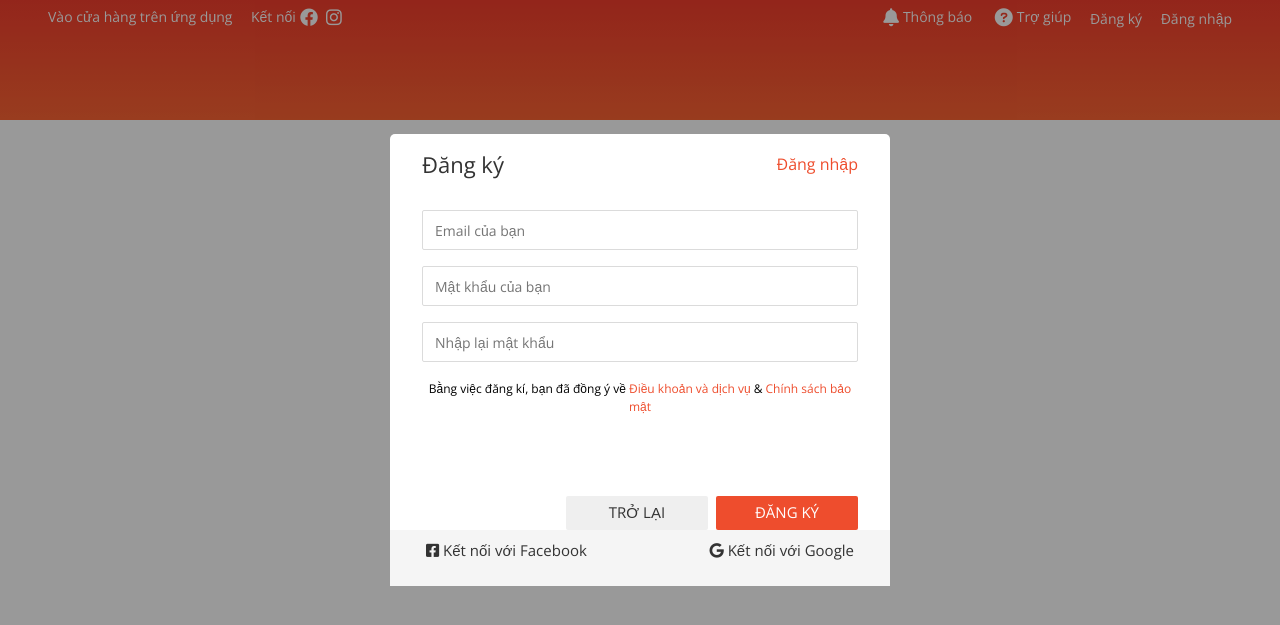
Repository: trongtamdev/Clone-Shopee-Page
Page: index.html
An editor plug-in stored every save of this project. The page is shown before and after the next save, followed by the edit.
The browser window is 1280 px wide. The pictures show the whole page.

Above is the page before, as saved 2022-07-08 22:03:23.

### index.html
<!DOCTYPE html>
<html lang="en">

<head>
    <meta charset="UTF-8">
    <meta http-equiv="X-UA-Compatible" content="IE=edge">
    <meta name="viewport" content="width=device-width, initial-scale=1.0">
    <title>Document</title>
    <link rel="stylesheet" href="https://cdnjs.cloudflare.com/ajax/libs/normalize/8.0.1/normalize.min.css">
    <link rel="stylesheet" href="assets/css/base.css">
    <link rel="stylesheet" href="assets/css/main.css">
    <link rel="stylesheet" href="assets/fonts/fontawesome-free-6.1.1/css/all.min.css">
    <link href="https://fonts.googleapis.com/css2?family=Open+Sans:wght@300;400;500;700&display=swap" rel="stylesheet">
</head>
    <div class="app">
        <header class="header">
            <div class="grid">
                <nav class="header__navbar">
                    <ul class="header__navbar-list">
                        <li class="header__navbar-item header__navbar-item--has-qr">
                            Vào cửa hàng trên ứng dụng
                            <div class="header__qr">
                                <img src="assets/img/qr_code.png" alt="QR code" class="header__qr-img">
                                <div class="header__qr-apps">
                                    <a href="" class="header__qr-link">
                                        <img src="assets/img/google_play.png" alt="Google play" class="header__qr-download-img">
                                    </a>
                                    <a href="" class="header__qr-link">
                                        <img src="assets/img/app_store.png" alt="App store" class="header__qr-download-img">
                                    </a>
                                </div>
                            </div>
                        </li>
                        <li class="header__navbar-item">
                            <span class="header__navbar-title--no-pointer">Kết nối</span>
                            <a href="" class="header__navbar-icon-link">
                                <i class="header__navbar-icon fa-brands fa-facebook"></i>
                            </a>
                            <a href="" class="header__navbar-icon-link">
                                <i class="header__navbar-icon fa-brands fa-instagram"></i>
                            </a>
                        </li>
                    </ul>

                    <ul class="header__navbar-list">
                        <li class="header__navbar-item">
                            <a href="" class="header__navbar-item-link">
                                <i class="header__navbar-icon fa-solid fa-bell"></i>
                                Thông báo</a>
                        </li>

                        <li class="header__navbar-item">
                            <a href="" class="header__navbar-item-link">
                                <i class="header__navbar-icon fa-solid fa-circle-question"></i>
                                Trợ giúp</a>
                        </li>

                        <li class="header__navbar-item header__navbar-item--strong">Đăng ký</li>
                        <li class="header__navbar-item header__navbar-item--strong">Đăng nhập</li>
                    </ul>
                </nav>
            </div>

        </header>

        <div class="container">

        </div>

        <footer class="footer">

        </footer>
    </div>
    <div class="modal">
        <div class="modal__overlay">

        </div>
        <div class="modal__body">

            <!-- Auth form -->
            <div class="auth-form">
                <div class="auth-form__container">
                    <div class="auth-form__header">
                        <h3 class="auth-form__heading">Đăng ký</h3>
                        <span class="auth-form__switch-btn">Đăng nhập</span>
                    </div>

                    <div class="auth-form__form">
                        <div class="auth-form__group">
                            <input type="text" class="auth-form__input" placeholder="Email của bạn">
                        </div>

                        <div class="auth-form__group">
                            <input type="password" class="auth-form__input" placeholder="Mật khẩu của bạn">
                        </div>

                        <div class="auth-form__group">
                            <input type="password" class="auth-form__input" placeholder="Nhập lại mật khẩu">
                        </div>
                    </div>

                    <div class="auth-form__aside">
                        <p class="auth-form__policy-text">
                            Bằng việc đăng kí, bạn đã đồng ý về
                            <a href="" class="auth-form__text-link">Điều khoản và dịch vụ</a> &
                            <a href="" class="auth-form__text-link">Chính sách bảo mật</a>
                        </p>
                    </div>

                    <div class="auth-form__controls">
                        <button class="btn auth-form__controls-back">TRỞ LẠI</button>
                        <button class="btn btn--primary">ĐĂNG KÝ</button>
                    </div>
                </div>

                <div class="auth-form__socials">
                    <a href="" class="btn btn--size-s btn--with-icon">
                        <i class="fa-brands fa-facebook-square"></i>
                        Kết nối với Facebook
                    </a>

                    <a href="" class="btn btn--size-s btn--with-icon">
                        <i class="fa-brands fa-google"></i>
                        Kết nối với Google
                    </a>
                </div>
            </div>
        </div>
    </div>
<body>

</body>

</html>

### assets/css/base.css
:root {
    --white-color :#fff;
    --back-color :#000;
    --text-color : #333;
    --primary-color: #EE4D2D;
    --border-color: #dbdbdb;
}

*{
    box-sizing: inherit;
}

html {
    font-size: 62.5%;
    line-height: 1.6rem;
    font-family: 'Open Sans', sans-serif;;
    box-sizing: border-box;
}

.grid {
    width: 1200px;
    max-width: 100%;
    margin: 0 auto;
}

.grid__full-width {
    width: 100%;
}

.grid__row {
    display: flex;
    flex-wrap: wrap
}

/* Animation */
@keyframes fadeIn {
    from {
        opacity: 0;
    }to {
        opacity: 1;
    }
}

/* Modal */

.modal {
    position: fixed;
    top: 0;
    right: 0;
    bottom: 0;
    left: 0;
    display: flex;
}

.modal__overlay {
    position: absolute;
    width: 100%;
    height: 100%;
    background-color: rgba(0, 0, 0, 0.4);
}

.modal__body {

    background-color: var(--white-color);
    margin: auto;
    position: relative;
    z-index: 1;
    border-radius: 5px;
}

/* Button Style */
.btn {
    min-width: 142px;
    height: 34px;
    text-decoration: none;
    border: none;
    border-radius: 2px;
    font-size: 1.5rem;
    padding: 0;
    outline: none;
    cursor: pointer;
    color: var(--text-color);
}

.btn:hover {
    background-color: rgba(0, 0, 0, 0.2);
}

.btn.btn--size-s {
    height: 32px;
}


.btn.btn--primary {
    color: var(--white-color);
    background-color: var(--primary-color);
}

.btn.btn--disabled {
    color: #949494;
    cursor: default;
    background-color: #c3c3c3;
}

### assets/css/main.css
.header {
    height: 120px;
    background-image: linear-gradient(0, #fe6433, #f53e2d);
}

.header__navbar {
    display: flex;
    justify-content: space-between;
}

.header__navbar-list {
    list-style: none;
    padding: 0;
    margin-top: 4px;
}

.header__navbar-item {
    margin: 0 8px;
    position: relative;
    min-height: 26px;
}

.header__navbar-item--has-qr:hover .header__qr {
    display: block;
}

.header__navbar-item,
.header__navbar-item-link{
    display: inline-block;
    font-size: 1.4rem;
    color :var(--white-color);
    text-decoration: none;
    font-weight: 300;
}

.header__navbar-item,
.header__navbar-item-link,
.header__navbar-icon-link {
    display: inline-flex;
    align-items: center;
}

.header__navbar-item:hover,
.header__navbar-item-link:hover,
.header__navbar-icon-link:hover{
    cursor: pointer;
    color: rgba(255, 255, 255, 0.7);
}

.header__navbar-item--strong {
    font-weight: 400;
}


.header__navbar-icon-link {
    color: var(--white-color);
    text-decoration: none;
}

.header__navbar-icon {
    font-size: 1.8rem;
    margin: 0 4px;
}

.header__navbar-title--no-pointer {
    color: var(--white-color);
    cursor: text;
}

/* Header QR code */

.header__qr {
    width: 186px;
    background-color: var(--white-color);
    position: absolute;
    left: 0;
    top: 118%;
    padding: 8px;
    border-radius: 2px;
    display: none;
    animation: fadeIn ease-in 0.5s;
}

.header__qr::before {
    position: absolute;
    left: 0;
    top: -16px;
    width: 100%;
    height: 20px;
    content: "";
    display: block;
}

.header__qr-img {
    width: 100%;
}

.header__qr-apps {
    display: flex;
}

.header__qr-link:nth-child(1) {
    margin-left: 11px;
}

.header__qr-link:nth-child(2) {
    margin-right: 11px;
}

.header__qr-download-img {
    height: 18px;
}


/* Authen Modal */

.auth-form {
    width: 500px;

}


.auth-form__container {
    padding: 0 32px;
}

.auth-form__header {
    display: flex;
    align-items: center;
    justify-content: space-between;
}

.auth-form__heading {
    font-size: 2.2rem;
    font-weight: 400;
    color: var(--text-color);
}

.auth-form__switch-btn {
    font-size: 1.6rem;
    font-weight: 400;
    color: var(--primary-color);
    cursor: pointer;
}

.auth-form__form {

}

.auth-form__input {
    width: 100%;
    height: 40px;
    margin-top: 16px;
    padding: 0 12px;
    font-size: 1.4rem;
    border: 1px solid var(--border-color);
    border-radius: 2px;
    outline: none;
}

.auth-form__input:focus {
    border-color: #777;
}

.auth-form__aside {
    margin-top: 18px;
}

.auth-form__policy-text {
    font-size: 1.2rem;
    line-height: 1.8rem;
    text-align: center;
    padding: 0 12pxs;
}

.auth-form__text-link {
    text-decoration: none;
    color: var(--primary-color);
}

.auth-form__controls {
    display: flex;
    justify-content: flex-end;
    margin-top: 80px;
}

.auth-form__controls-back {
    margin-right: 8px;
}

.auth-form__socials {
    background-color: #f5f5f5;
    padding: 12px 36px;
    display: flex;
    justify-content: space-between;
}

Loaded but not shown: assets/fonts/fontawesome-free-6.1.1/css/all.min.css (library)

After the next save:
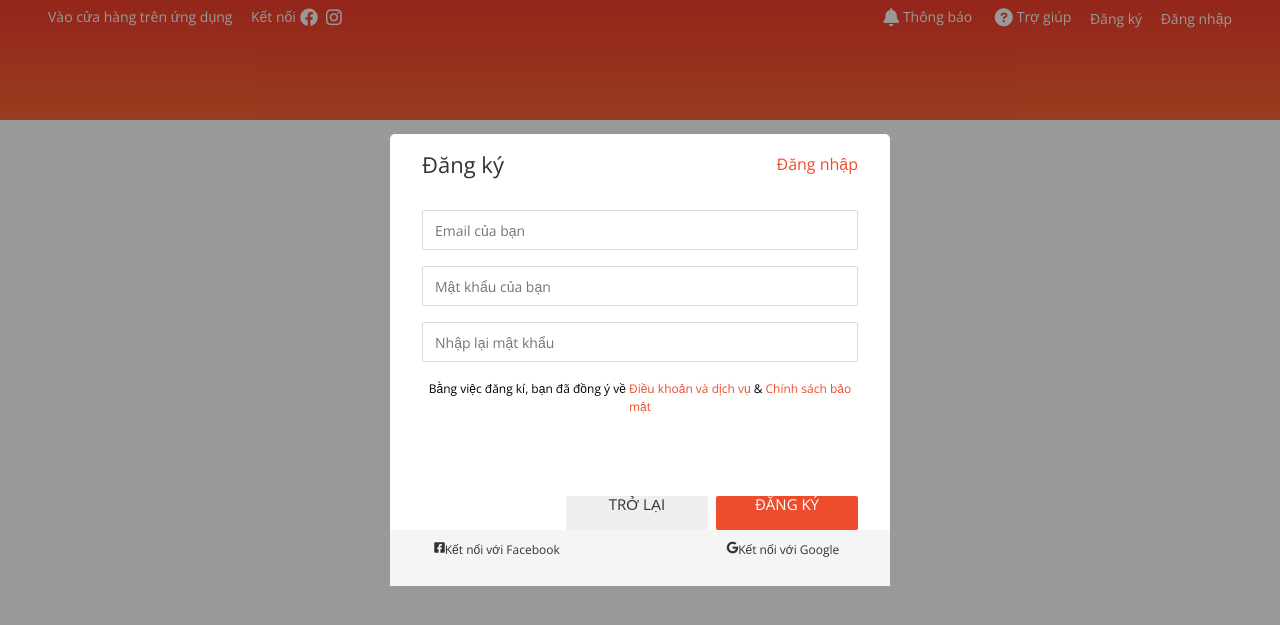
Saved 74 s later.
--- a/assets/css/base.css
+++ b/assets/css/base.css
@@ -80,6 +80,8 @@ html {
     outline: none;
     cursor: pointer;
     color: var(--text-color);
+    display: flex;
+    justify-content: center;
 }
 
 .btn:hover {
@@ -88,6 +90,7 @@ html {
 
 .btn.btn--size-s {
     height: 32px;
+    font-size: 12px;
 }
 
 
